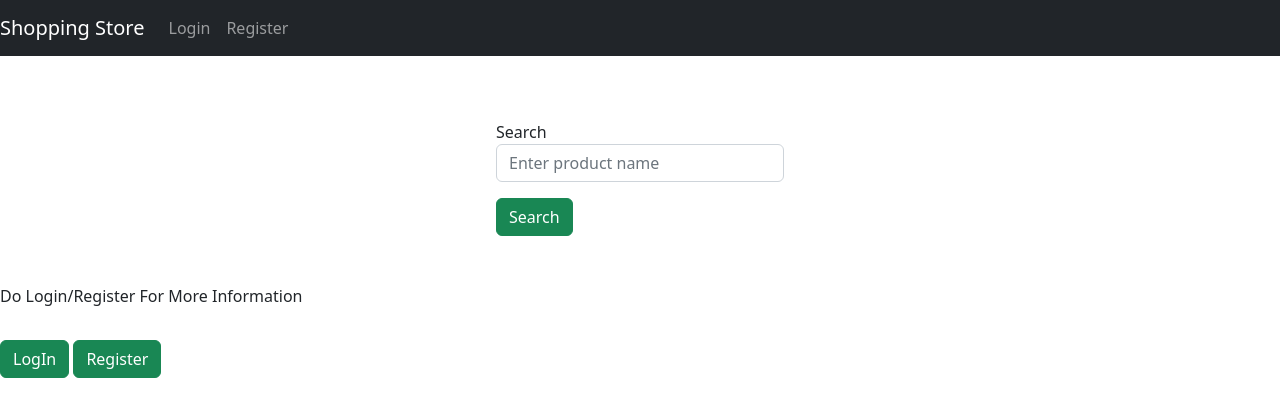
Repository: mayank-gupta0/nagarroproject
Page: http://localhost/SpringMvcServiceLayer/
An editor plug-in stored every save of this project. The page is shown before and after the next save, followed by the edit.
The browser window is 1280 px wide. The pictures show the whole page.
The page is served by Tomcat 9. Nobody is signed in. The application's start-up code is not run. Other server files are loaded and not shown.

Above is the page before, as saved 2022-08-22 12:47:05.

### springmvcworkspace/SpringMvcServiceLayer/src/main/webapp/index.jsp
<html>
<head>
<link
	href="https://cdn.jsdelivr.net/npm/bootstrap@5.2.0/dist/css/bootstrap.min.css"
	rel="stylesheet"
	integrity="sha384-gH2yIJqKdNHPEq0n4Mqa/HGKIhSkIHeL5AyhkYV8i59U5AR6csBvApHHNl/vI1Bx"
	crossorigin="anonymous">
</head>
<body>
	<nav class="navbar navbar-expand-lg navbar-dark bg-dark">
		<a class="navbar-brand font-weight-bold" href="home">Shopping
			Store</a>
		<button class="navbar-toggler" type="button" data-toggle="collapse"
			data-target="#navbarSupportedContent"
			aria-controls="navbarSupportedContent" aria-expanded="false"
			aria-label="Toggle navigation">
			<span class="navbar-toggler-icon"></span>
		</button>

		<div class="collapse navbar-collapse" id="navbarSupportedContent">
			<ul class="navbar-nav mr-auto">
				<li class="nav-item"><a class="nav-link" href="login">Login</a></li>
				<li class="nav-item"><a class="nav-link" href="register">Register</a></li>

			</ul>
		</div>
	</nav>


	<div class="container w-25 p-3 mt-5">
		<form action="homepage" method="get">
			<div class="form-group">
				<label for="search">Search</label> <input type="text"
					class="form-control" placeholder="Enter product name" name="value">
			</div>
			<button type="submit" class="btn btn-success my-3">Search</button>

		</form>
	</div>

	<div>
		<p>Do Login/Register For More Information</p>
		<button type="submit" class="btn btn-success my-3">LogIn</button>
		<button type="submit" class="btn btn-success my-3">Register</button>
	</div>
</body>
</html>

After the next save:
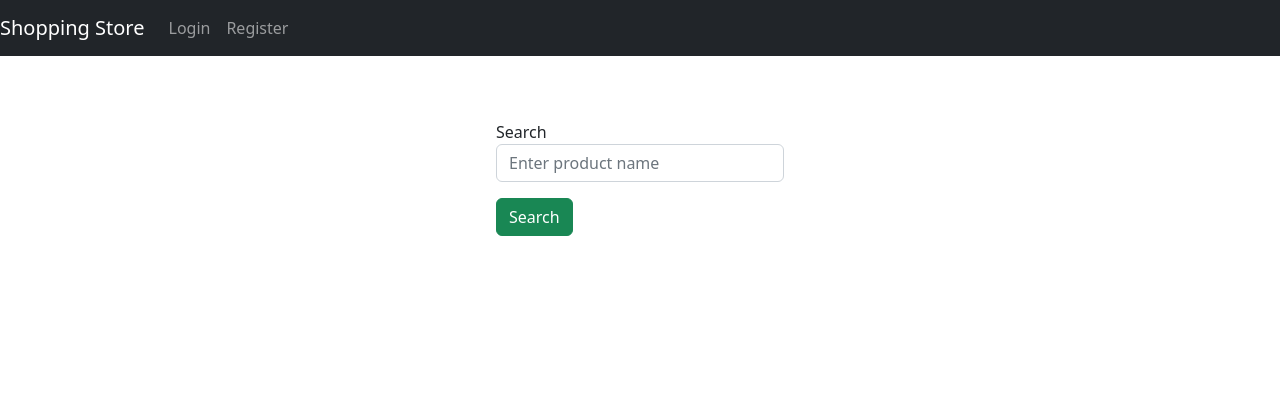
Saved 34 s later.
--- a/springmvcworkspace/SpringMvcServiceLayer/src/main/webapp/index.jsp
+++ b/springmvcworkspace/SpringMvcServiceLayer/src/main/webapp/index.jsp
@@ -37,11 +37,5 @@
 
 		</form>
 	</div>
-
-	<div>
-		<p>Do Login/Register For More Information</p>
-		<button type="submit" class="btn btn-success my-3">LogIn</button>
-		<button type="submit" class="btn btn-success my-3">Register</button>
-	</div>
 </body>
 </html>
